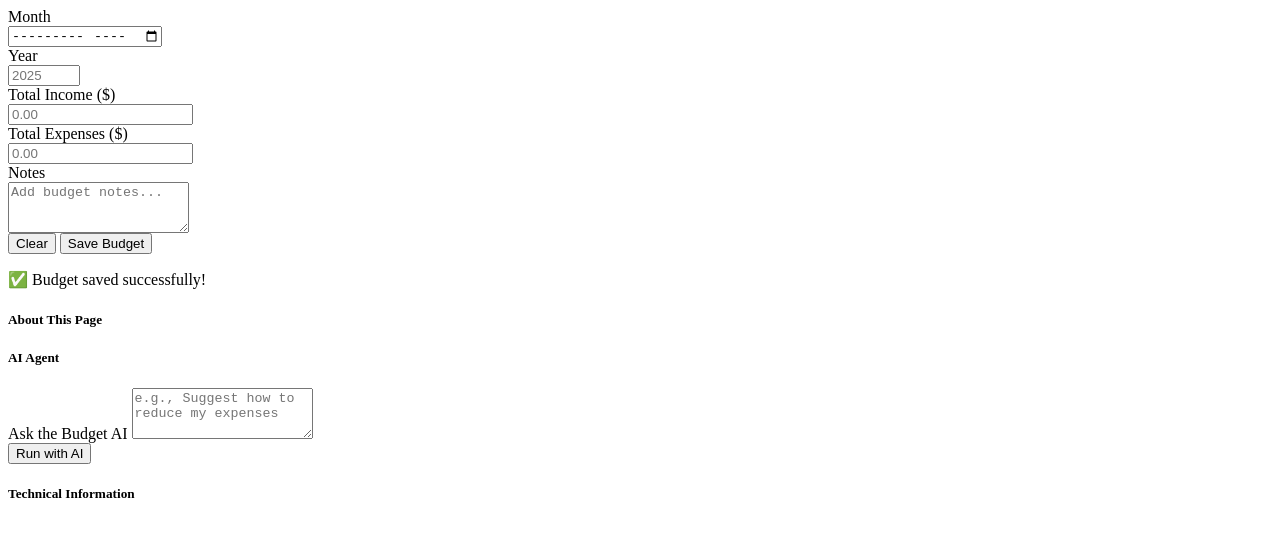
Repository: tonym642/bizcore360-wp
Page: pages/budget.html
An editor plug-in stored every save of this project. The page is shown before and after the next save, followed by the edit.
The browser window is 1280 px wide. The pictures show the whole page.

Above is the page before, as saved 2025-10-22 17:13:38.
Console error: ReferenceError: initModulePage is not defined

### pages/budget.html
<!-- Simulate current user role -->
<script>
  // Change role to "admin" or "developer" to see Tech tab
  window.currentUser = { role: "admin" };
</script>

<div class="container-fluid p-4">
  <div class="card shadow-sm rounded-3">
    <div class="card-body">
      <h4 class="mb-3 fw-semibold text-primary" id="moduleTitle"></h4>

      <!-- Tab Content -->
      <div class="tab-content mt-3" id="moduleTabsContent">

        <!-- MAIN TAB -->
        <div class="tab-pane fade show active" id="main" role="tabpanel">
          <h5 class="fw-semibold" id="mainTabTitle"></h5>

          <!-- Budget Form -->
          <form id="budgetForm" class="needs-validation" novalidate>
            <div class="row mb-3 flex-row align-items-center">
              <div class="col-5 col-md-4 d-flex align-items-center justify-content-md-end justify-content-start">
                <label for="budgetMonth" class="form-label fw-medium w-100 text-md-end text-start mb-0">Month</label>
              </div>
              <div class="col-7 col-md-8">
                <input type="month" class="form-control text-start" id="budgetMonth" required />
              </div>
            </div>

            <div class="row mb-3 flex-row align-items-center">
              <div class="col-5 col-md-4 d-flex align-items-center justify-content-md-end justify-content-start">
                <label for="budgetYear" class="form-label fw-medium w-100 text-md-end text-start mb-0">Year</label>
              </div>
              <div class="col-7 col-md-8">
                <input type="number" class="form-control text-start" id="budgetYear" placeholder="2025" min="2000" max="2100" />
              </div>
            </div>

            <div class="row mb-3 flex-row align-items-center">
              <div class="col-5 col-md-4 d-flex align-items-center justify-content-md-end justify-content-start">
                <label for="totalIncome" class="form-label fw-medium w-100 text-md-end text-start mb-0">Total Income ($)</label>
              </div>
              <div class="col-7 col-md-8">
                <input type="number" class="form-control text-start" id="totalIncome" placeholder="0.00" step="0.01" />
              </div>
            </div>

            <div class="row mb-3 flex-row align-items-center">
              <div class="col-5 col-md-4 d-flex align-items-center justify-content-md-end justify-content-start">
                <label for="totalExpenses" class="form-label fw-medium w-100 text-md-end text-start mb-0">Total Expenses ($)</label>
              </div>
              <div class="col-7 col-md-8">
                <input type="number" class="form-control text-start" id="totalExpenses" placeholder="0.00" step="0.01" />
              </div>
            </div>

            <div class="row mb-3 flex-row align-items-start">
              <div class="col-5 col-md-4 d-flex align-self-start justify-content-md-end justify-content-start">
                <label for="budgetNotes" class="form-label fw-medium w-100 text-md-end text-start mb-0">Notes</label>
              </div>
              <div class="col-7 col-md-8">
                <textarea class="form-control text-start" id="budgetNotes" rows="3" placeholder="Add budget notes..."></textarea>
              </div>
            </div>

            <div class="text-end">
              <button type="reset" class="btn btn-outline-secondary me-2">Clear</button>
              <button type="submit" class="btn btn-primary">Save Budget</button>
            </div>
          </form>

          <div id="budgetAlert" class="alert alert-success mt-3 d-none" role="alert">
            ✅ Budget saved successfully!
          </div>
        </div>

        <!-- INFO TAB -->
        <div class="tab-pane fade" id="info" role="tabpanel">
          <h5 class="fw-semibold">About This Page</h5>
          <p id="infoText" class="text-secondary"></p>
        </div>

        <!-- AI AGENT TAB -->
        <div class="tab-pane fade" id="ai" role="tabpanel">
          <h5 class="fw-semibold">AI Agent</h5>
          <form id="aiForm" class="mt-3">
            <div class="mb-3">
              <label class="form-label">Ask the Budget AI</label>
              <textarea class="form-control" id="aiInput" rows="3" placeholder="e.g., Suggest how to reduce my expenses"></textarea>
            </div>
            <button type="submit" class="btn btn-primary">Run with AI</button>
          </form>
          <div id="aiOutput" class="mt-3"></div>
        </div>

        <!-- TECH TAB (required for admin/developer) -->
        <div class="tab-pane fade" id="tech" role="tabpanel">
          <h5 class="fw-semibold">Technical Information</h5>
          <pre class="bg-light p-3 rounded small" id="techData"></pre>
        </div>
      </div>
    </div>
  </div>
</div>

<!-- Page Logic -->
<script>
  // initialize universal module
  initModulePage({
    name: "budget",
    title: "Budget Planner",
    info: "This page allows you to record and analyze your income and expenses, save your monthly budget, and run AI suggestions for optimization.",
    aiEndpoint: "/api/budget/run"
  });

  // show saved message
  document.getElementById('budgetForm').addEventListener('submit', function (e) {
    e.preventDefault();
    const alertBox = document.getElementById('budgetAlert');
    alertBox.classList.remove('d-none');
    setTimeout(() => alertBox.classList.add('d-none'), 3000);
  });
</script>

After the next save:
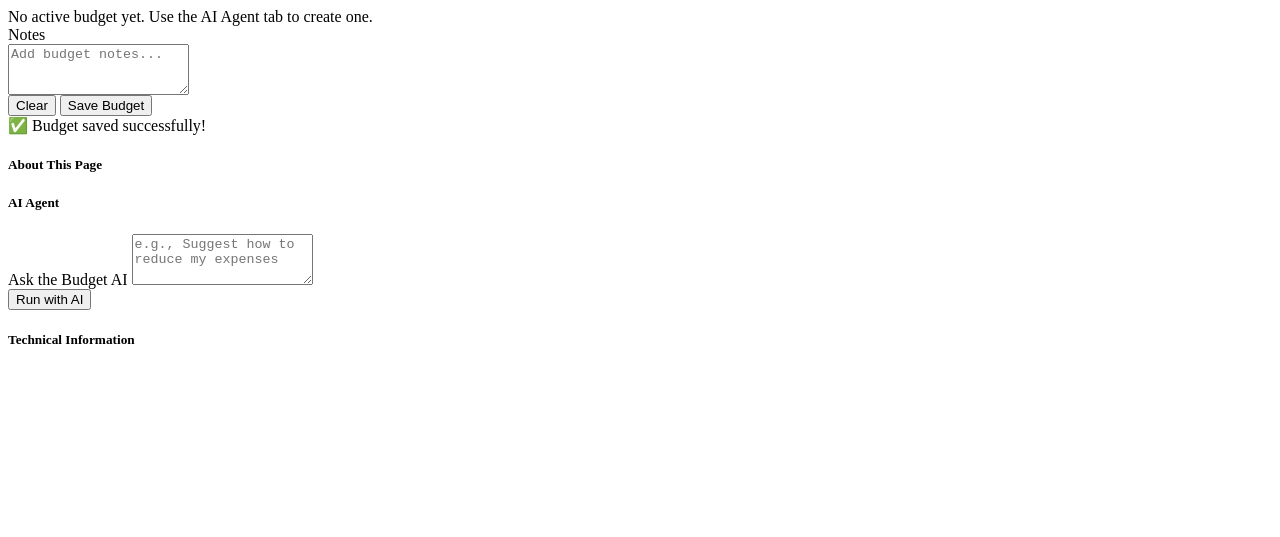
Saved 28 min 44 s later.
--- a/pages/budget.html
+++ b/pages/budget.html
@@ -8,52 +8,9 @@
   <div class="card shadow-sm rounded-3">
     <div class="card-body">
       <h4 class="mb-3 fw-semibold text-primary" id="moduleTitle"></h4>
-
-      <!-- Tab Content -->
-      <div class="tab-content mt-3" id="moduleTabsContent">
-
-        <!-- MAIN TAB -->
-        <div class="tab-pane fade show active" id="main" role="tabpanel">
-          <h5 class="fw-semibold" id="mainTabTitle"></h5>
-
-          <!-- Budget Form -->
-          <form id="budgetForm" class="needs-validation" novalidate>
-            <div class="row mb-3 flex-row align-items-center">
-              <div class="col-5 col-md-4 d-flex align-items-center justify-content-md-end justify-content-start">
-                <label for="budgetMonth" class="form-label fw-medium w-100 text-md-end text-start mb-0">Month</label>
-              </div>
-              <div class="col-7 col-md-8">
-                <input type="month" class="form-control text-start" id="budgetMonth" required />
-              </div>
-            </div>
-
-            <div class="row mb-3 flex-row align-items-center">
-              <div class="col-5 col-md-4 d-flex align-items-center justify-content-md-end justify-content-start">
-                <label for="budgetYear" class="form-label fw-medium w-100 text-md-end text-start mb-0">Year</label>
-              </div>
-              <div class="col-7 col-md-8">
-                <input type="number" class="form-control text-start" id="budgetYear" placeholder="2025" min="2000" max="2100" />
-              </div>
-            </div>
-
-            <div class="row mb-3 flex-row align-items-center">
-              <div class="col-5 col-md-4 d-flex align-items-center justify-content-md-end justify-content-start">
-                <label for="totalIncome" class="form-label fw-medium w-100 text-md-end text-start mb-0">Total Income ($)</label>
-              </div>
-              <div class="col-7 col-md-8">
-                <input type="number" class="form-control text-start" id="totalIncome" placeholder="0.00" step="0.01" />
-              </div>
-            </div>
-
-            <div class="row mb-3 flex-row align-items-center">
-              <div class="col-5 col-md-4 d-flex align-items-center justify-content-md-end justify-content-start">
-                <label for="totalExpenses" class="form-label fw-medium w-100 text-md-end text-start mb-0">Total Expenses ($)</label>
-              </div>
-              <div class="col-7 col-md-8">
-                <input type="number" class="form-control text-start" id="totalExpenses" placeholder="0.00" step="0.01" />
-              </div>
-            </div>
-
+          <div id="moduleData">
+            <div class="text-muted">No active budget yet. Use the AI Agent tab to create one.</div>
+          </div>
             <div class="row mb-3 flex-row align-items-start">
               <div class="col-5 col-md-4 d-flex align-self-start justify-content-md-end justify-content-start">
                 <label for="budgetNotes" class="form-label fw-medium w-100 text-md-end text-start mb-0">Notes</label>
